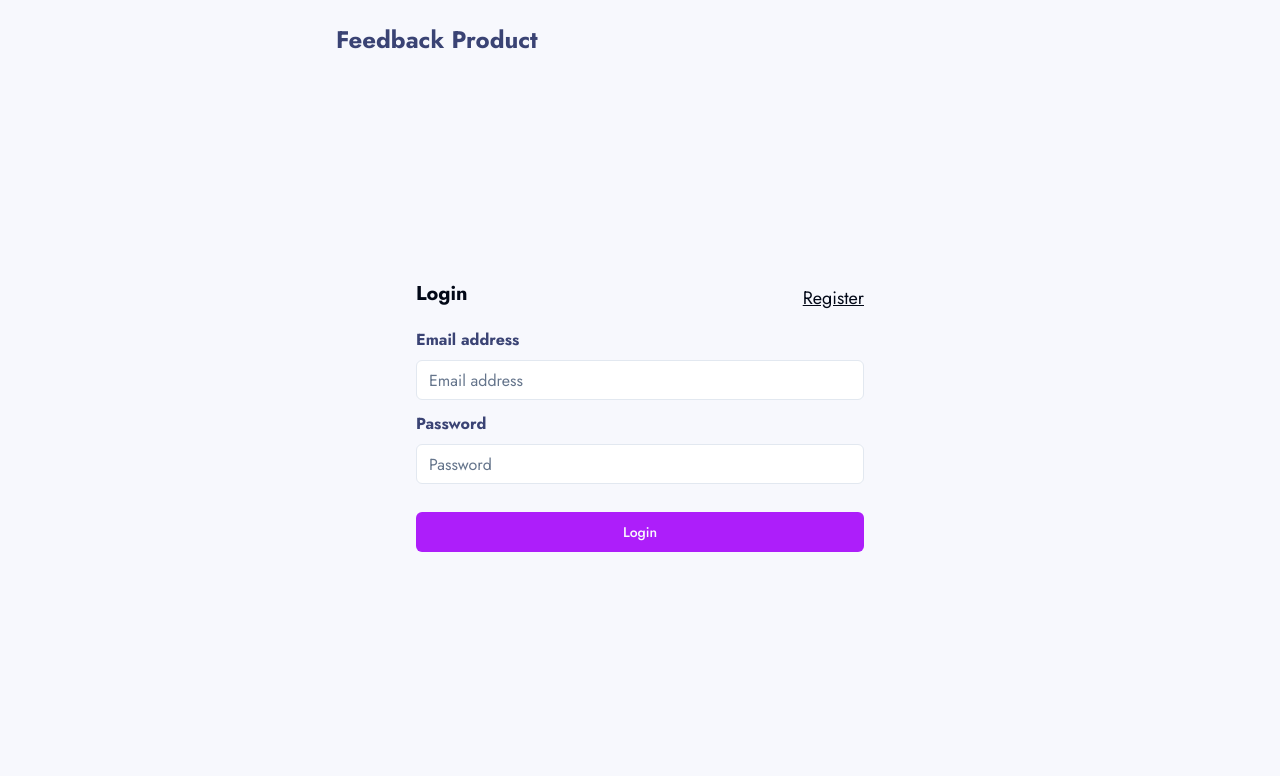
Repository: KornelJanczak/product-feedback-app
Page: /login
An editor plug-in stored every save of this project. The page is shown before and after a run of saves, followed by the edit.
The browser window is 1280 px wide. The pictures show the whole page.
The page's requests for data from a server got no answer. The project was rebuilt for these pictures with package versions that can differ from the ones it lists, and the page was loaded fresh each time. The framework's server and built-in components were replaced by stand-ins that run in the browser. No one was signed in, and anything a server would have sent is missing. Also part of the build but not shown: next.config.js, next.config.mjs.

Above is the page before, as saved 2024-01-28 19:52:51.

After the next 2 saves:
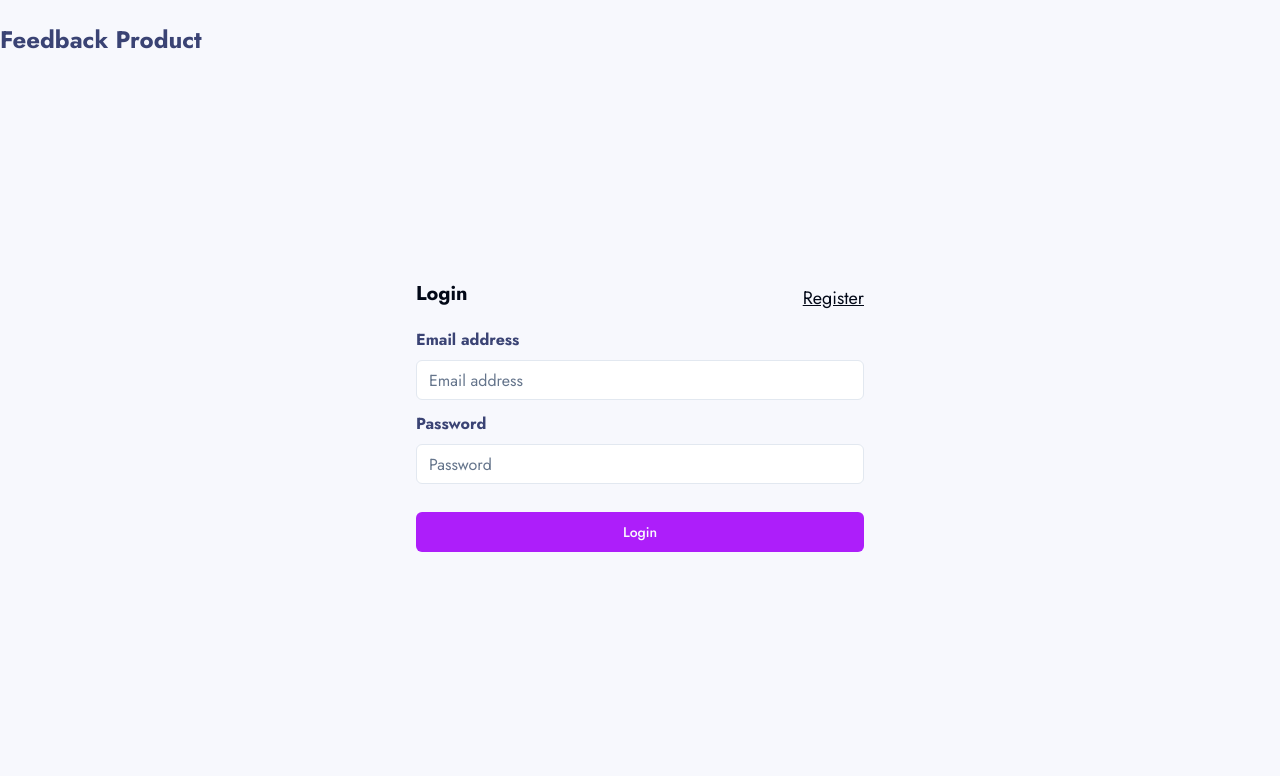
The 2 saves are shown as one change because they came seconds apart.
The last was saved 6 s later.
--- a/tailwind.config.ts
+++ b/tailwind.config.ts
@@ -13,7 +13,7 @@ const config = {
     container: {
       center: true,
       padding: {
-        DEFAULT: "21rem",
+        // DEFAULT: "1rem",
         sm: "1rem",
         md: "4rem",
         lg: "4rem",
